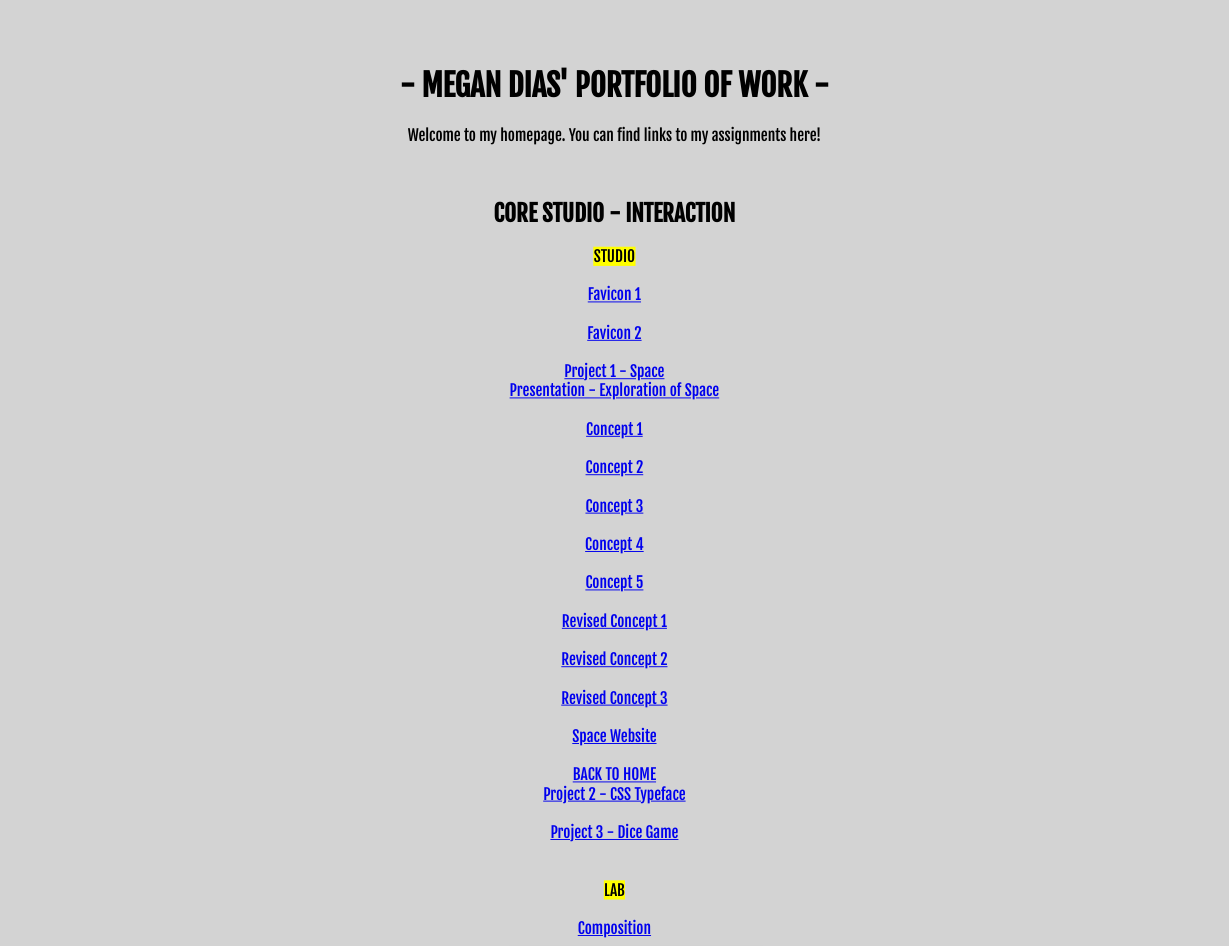
Repository: diasm568/diasm568.github.io
Page: index.html
The author's editor kept a record of every edit. The page is drawn from the files as they stood at one moment, then again after the next edit.
The browser window is 1280 px wide. The pictures show the whole page, at 96% of full size.

Above is the page before.

### index.html
<html>
<link href="css/styles.css" rel="stylesheet" type="text/css">
<center>
<title>Hello World!</title>
<div style="font-family: 'Fjalla One'">
<link href='http://fonts.googleapis.com/css?family=Fjalla+One' rel='stylesheet' type='text/css'>

    <br>
    <br>
    <span style="text-transform: uppercase"><h1>- Megan Dias' Portfolio of Work -</h1></span>
    <p>Welcome to my homepage. You can find links to my assignments here!</p>
    <br>

    <span style="text-transform: uppercase"><h2>Core Studio - Interaction</h2></span>
        <mark> STUDIO </mark>
        <br>
        <br>
        <a href="studio/favicon1.html">Favicon 1</a>
        <br>
        <br>
        <a href="studio/favicon2.html">Favicon 2</a>
        <br>
        <br>
        <a href="studio/project1.html">Project 1 - Space</a>
        <br>
         <a href="presentation.pdf">Presentation - Exploration of Space</a>
<br>
<br>
 <a href="concept1.pdf">Concept 1</a>
<br>
<br>
 <a href="concept2.pdf">Concept 2</a>
<br>
<br>
 <a href="concept3.pdf">Concept 3</a>
<br>
<br>
 <a href="concept4.pdf">Concept 4</a>
<br>
<br>
 <a href="concept5.pdf">Concept 5</a>
<br>
<br>
 <a href="revisedconcept1.pdf">Revised Concept 1</a>
<br>
<br>
 <a href="revisedconcept2.pdf">Revised Concept 2</a>
<br>
<br>
 <a href="revisedconcept3">Revised Concept 3</a>
<br>
<br>
<a href="spaceWebsite/index.html">Space Website</a>
<br>
<br>
<a href="../index.html">BACK TO HOME</a>
        <br>
        <a href="studio/project2.html">Project 2 - CSS Typeface</a>
        <br>
        <br>
        <a href="studio/project3.html">Project 3 - Dice Game</a>
        <br>
        <br>
        <br>
        <span style="text-transform: uppercase"><mark>LAB</mark></span>
        <br>
        <br>
        <a href="lab/composition.html">Composition</a>

</div>
</center>
</html>

Loaded but not shown: css/styles.css (common file)

After the next edit:
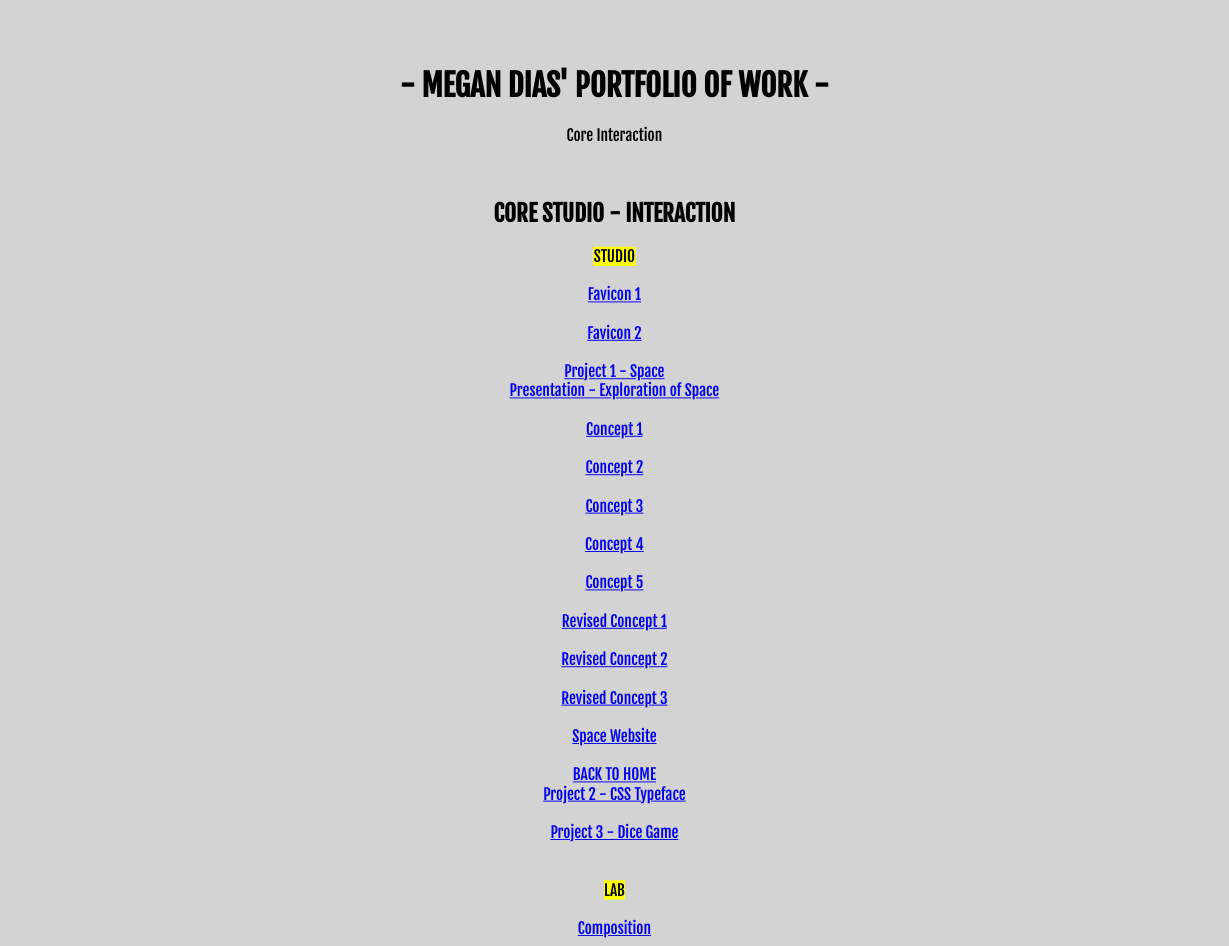
The edit:
--- a/index.html
+++ b/index.html
@@ -8,7 +8,7 @@
     <br>
     <br>
     <span style="text-transform: uppercase"><h1>- Megan Dias' Portfolio of Work -</h1></span>
-    <p>Welcome to my homepage. You can find links to my assignments here!</p>
+    <p>Core Interaction</p>
     <br>
 
     <span style="text-transform: uppercase"><h2>Core Studio - Interaction</h2></span>
